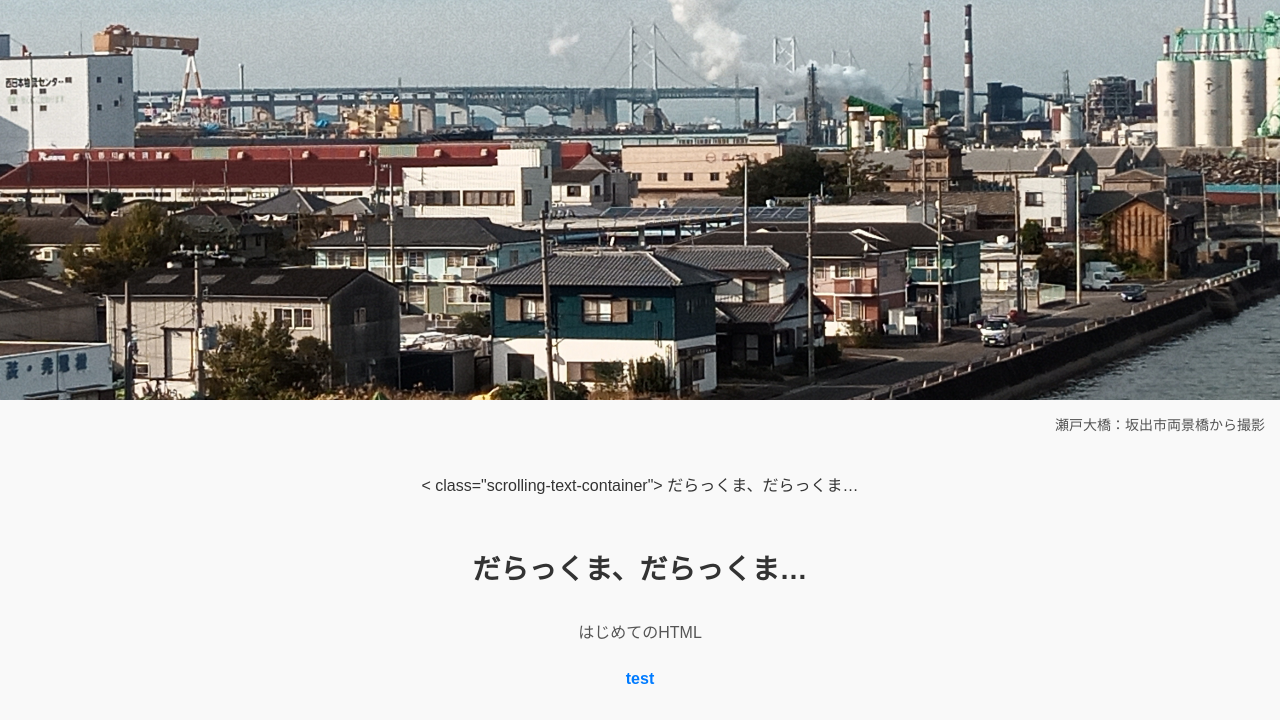
Repository: rydeen7907/html
Page: index.html
An editor plug-in stored every save of this project. The page is shown before and after the next save, followed by the edit.
The browser window is 1280 px wide. The pictures show the whole page.

Above is the page before, as saved 2025-04-26 18:15:23.

### index.html
<!DOCTYPE html>
<html lang="ja">
<head>
    <meta charset="UTF-8">
    <meta name="viewport" content="width=device-width, initial-scale=1.0">
    <title>だらっくまのサイト</title>
    <!-- スタイルシートの読み込み -->
    <link rel="stylesheet" href="style.css">
    <style>
        /* 基本的なスタイル */
        body {
                font-family: Arial, sans-serif;
                margin: 0;
                padding: 0;
                background-color: #f9f9f9;
                text-align: center;
        }
        /* ヘッダー画像 */
        .header-image {
            width: 100%;
            max-width: auto;
            height: 400px; /* width に合わせて高さを自動調整 */
            display: block; /* 中央配置 */
            margin: 0 auto; /* 中央配置 */
            object-fit: cover; /* 画像の比率を維持 */
        }

        /* 画像の説明文 */
        .image-caption {
            text-align: right; /* 右配置 */
            font-size: 14px; /* フォントサイズ */
            padding-right: 15px; /* 右側の余白 */
            color: #555; /* 文字色 */
            margin-top: 5px; /* 上部のマージン */
            margin-bottom: 25px; /* 下部のマージン */
        }

        /* メイン h1 */
        h1 {
            text-align: center; /* 中央配置 */
            color: #333; /* 文字色 */
            margin: 20px 0; /* 上下のマージン */
            margin-top: 40px; /* 上部のマージン */
            margin-bottom: 20px; /* 下部のマージン */
            font-size: 28px; /* フォントサイズ */
            font-weight: bold; /* 太字 */
        }

        /* 段落 p */
        p {
            text-align: center; /* 中央配置 */
            color: #555; /* 文字色 */
            font-size: 16px; /* フォントサイズ */
            margin: 10px 0; /* 上下のマージン */
            line-height: 30px; /* 行間 */
        }

        /* リンク a */
        a {
            color: #007BFF; /* リンクの色 */
            text-decoration: none; /* 下線を消す */
            font-size: 16px; /* フォントサイズ */
            font-weight: bold; /* 太字 */
            margin-top: 15px; /* 上マージン */
            margin-bottom: 15px; /* 下マージン */
            display: block; /* ブロック要素にして中央配置 */
            text-align: center; /* 中央配置 */
            transition: color 0.3s; /* 色の変化を滑らかに */

        }
        a:hover,
        a:focus {
            color: #0056b3; /* ホバー時の色 */
            text-decoration: underline; /* ホバー時の下線 */
        }
    </style>
</head>
<body>
    <!-- ヘッダー画像の挿入 -->
    <img src="./image/ryokeibridge.jpg" alt="Header Image" class="header-image">
    <!-- 画像の説明文 -->
    <p class="image-caption">瀬戸大橋：坂出市両景橋から撮影</p>
    <!-- スクロールテキストコンテナ -->
    < class="scrolling-text-container">
        <class="scrolling-text">だらっくま、だらっくま…</div>

    <!-- brタグはcssのマージンで代用 -->
    <h1>だらっくま、だらっくま…</h1>
    <p>はじめてのHTML</p>
    <a href="test.html">test</a>
</body>
</html>

### style.css
/* 基本的なスタイル */
body {
    font-family: Arial, sans-serif;
    line-height: 2.0; /* 行間を読みやすく調整 (例：2.0倍 px,%,emでも可能) */
    margin: 0; /* ブラウザデフォルトのマージンをリセット */
    padding: 0; /* ブラウザデフォルトのパディングをリセット */
    background-color: #f4f4f4; /* 背景色を薄いグレーに設定 */
    color: #333; /* 文字色を濃いグレーに設定 */
    padding-bottom: 50px; /* ページ下部のパディングを追加 */
}

/* ヘッダーのスタイル */
.header-image {
    width: 100%;
    /* max-width: auto; は width: 100%; があれば不要 */
    height: 400px;
    display: block; /* 中央配置のためブロック要素に */
    margin: 0 auto; /* 上下のマージンは０、左右は自動で中央揃え */
    object-fit: cover; /* 画像のアスペクト比を維持、要素に合わせる */
}

/* 画像の説明文 */
.image-caption {
    text-align: right; /* 右寄せ */
    font-size: 14px; /* フォントサイズを小さく */
    padding: 5px 15px; /* 上下のパディングと左右のパディングを追加 */
    color: #555; /* 文字色を薄いグレーに */
    margin-top:\ 5px; /* 上部のマージンを追加 */
    margin-bottom: 25px; /* 下部のマージンを追加 */
}

/* メインコンテンツのスタイル */
.h1 {
    text-align: center; /* 中央配置 */
    color: #333; /* 文字色を濃いグレーに */
    margin: 20px 0; /* 上下のマージンを追加 */
    margin-top: 40px; /* 上部のマージンを追加 */
    margin-bottom: 20px; /* 下部のマージンを追加 */
    font-size: 28px; /* フォントサイズ */
    font-weight: bold; /* 太字に設定 */
}

/* スクロールテキストコンテナ */
.scrolling-text-container {
    width: 100%; /* 幅を100%に設定 */
    height: 50px; /* 高さを50pxに設定 */
    overflow: hidden; /* はみ出た部分を隠す */
    white-space: nowrap; /* 文字を折り返さない */
    box-sizing: border-box; /* パディングとボーダーを含めたサイズ計算 */
    position: relative; /* 相対位置に設定 */
    background-color: aqua; /* 背景色をアクアに設定 */
    margin-top: 20px; /* 上部のマージンを追加 */
    margin-bottom: 20px; /* 下部のマージンを追加 */
    text-align: center; /* 中央配置 */
    font-size: 18px; /* フォントサイズ */
    font-weight: bold; /* 太字に設定 */
    color: #333; /* 文字色を濃いグレーに */
}

/* スクロールテキスト */
.scrolling-text {
    display: inline-block; /* インラインブロック要素に設定 */
    padding-left: 100%; /* 左側にパディングを追加 */
    position: absolute; /* 絶対位置に設定 */
    width: 100%; /* 幅を100%に設定 */
    height: 50px; /* 高さを50pxに設定 */
    top: 0; /* 上端に配置 */
    left: 0; /* 左端に配置 */
    animation: scroll-text-animation 10s linear infinite; /* アニメーションを適用 */
    font-size: 18px; /* フォントサイズ */
    font-weight: bold; /* 太字に設定 */
    margin: 0; /* コンテナ内でのマージンを削除 */
}

/* スクロールアニメーションの定義 */
@keyframes scroll-left {
    0% {
        transform: translateX(0); /* 開始位置 */
    }
    100% {
        /* テキスト自身の幅だけ左に移動させる */
        transform: translateX(-100%);
    }
}


/* 段落 p */
p {
    text-align: center; /* 中央配置 */
    margin-top: 25px; /* 上下のマージンを追加 */
    margin-bottom: 25px;
    font-size: 16px; /* フォントサイズ */
}

/* リンク a */
a {
    text-decoration: none; /* 下線を削除 */
    color: #ff0000; /* 文字色を赤に */
    display: block;
    text-align: center; /* 左寄せ */
    margin-top: 10px; /* 上部のマージンを追加 */
    margin-bottom: 10px; /* 下部のマージンを追加 */
    font-size: 16px; /* フォントサイズ */
    font-weight: bold; /* 太字に設定 */
    transition: color 0.3s; /* ホバー時の色変更にトランジションを追加 */
}

/* ホバー時のスタイル */
a:hover,
a:focus { /* ホバーとフォーカス時に適用するスタイル */
    text-decoration: underline; /* 下線を追加 */
    color: #ff8000; /* ホバー時の文字色をオレンジに変更 */
}

After the next save:
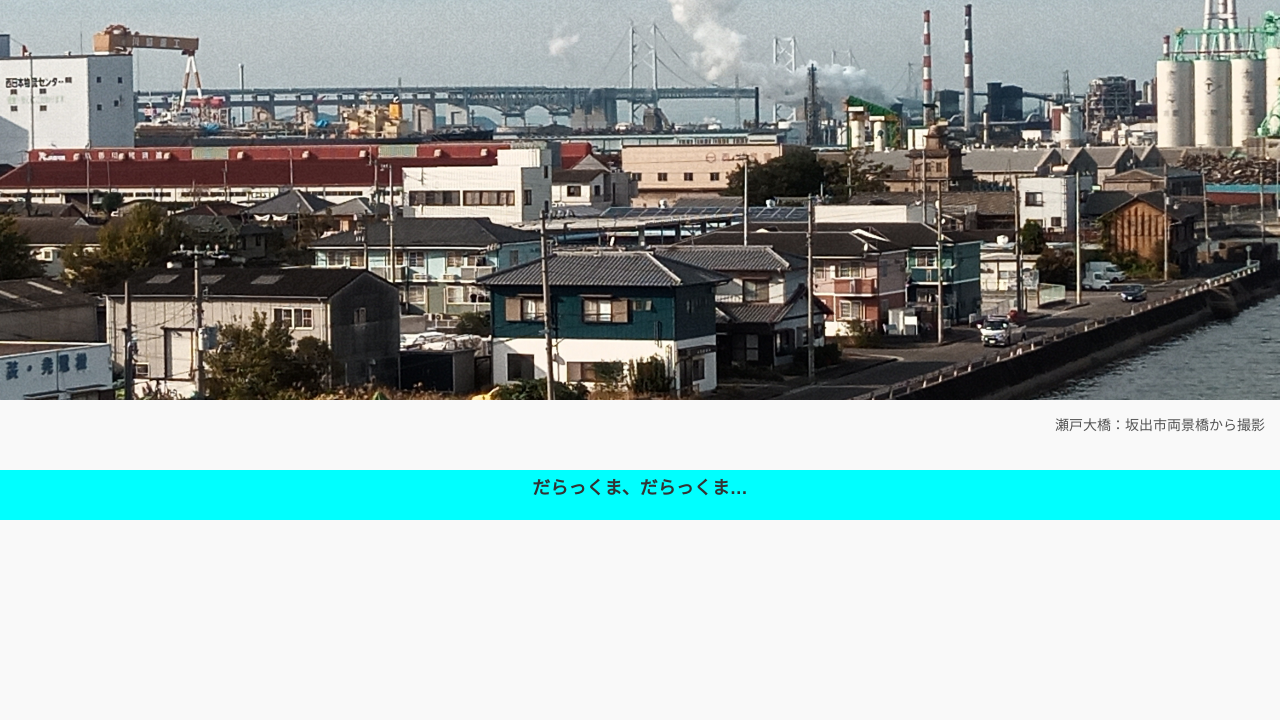
Saved 5 s later.
--- a/index.html
+++ b/index.html
@@ -81,7 +81,7 @@
     <!-- 画像の説明文 -->
     <p class="image-caption">瀬戸大橋：坂出市両景橋から撮影</p>
     <!-- スクロールテキストコンテナ -->
-    < class="scrolling-text-container">
+    <h3 class="scrolling-text-container">
         <class="scrolling-text">だらっくま、だらっくま…</div>
 
     <!-- brタグはcssのマージンで代用 -->
